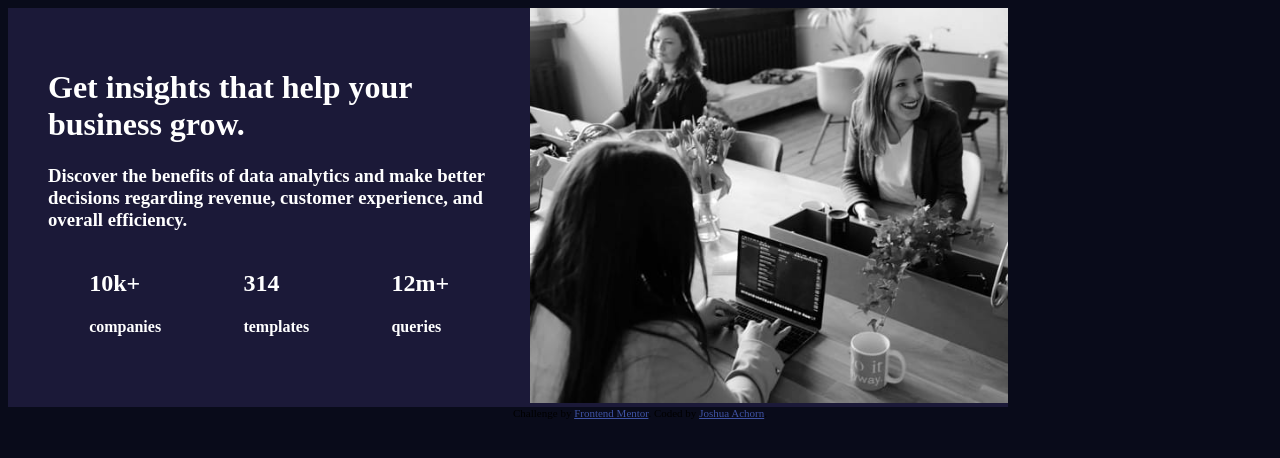
Repository: Achorn/stats-preview-card
Page: index.html
The author's editor kept a copy of each file at every save. The page is drawn from the files as they stood at one save, then again after the next save.
The browser window is 1280 px wide. The pictures show the whole page.

Above is the page before, as saved 2021-06-16 16:11:27.

After the next save:
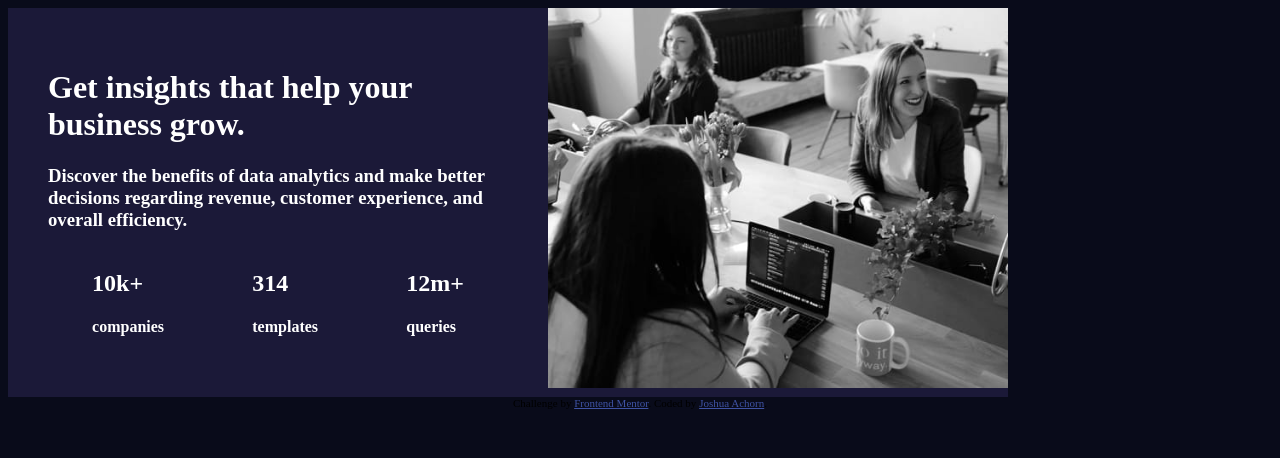
Saved 68 s later.
--- a/styles.css
+++ b/styles.css
@@ -12,11 +12,13 @@ body {
 #text-container {
   height: auto;
   flex-grow: 1;
+  flex-basis: 0;
   padding: 40px;
   width: 50%;
 }
 #img-container {
   flex-grow: 1;
+  flex-basis: 0;
 }
 #stat-image {
   max-width: 100%;
